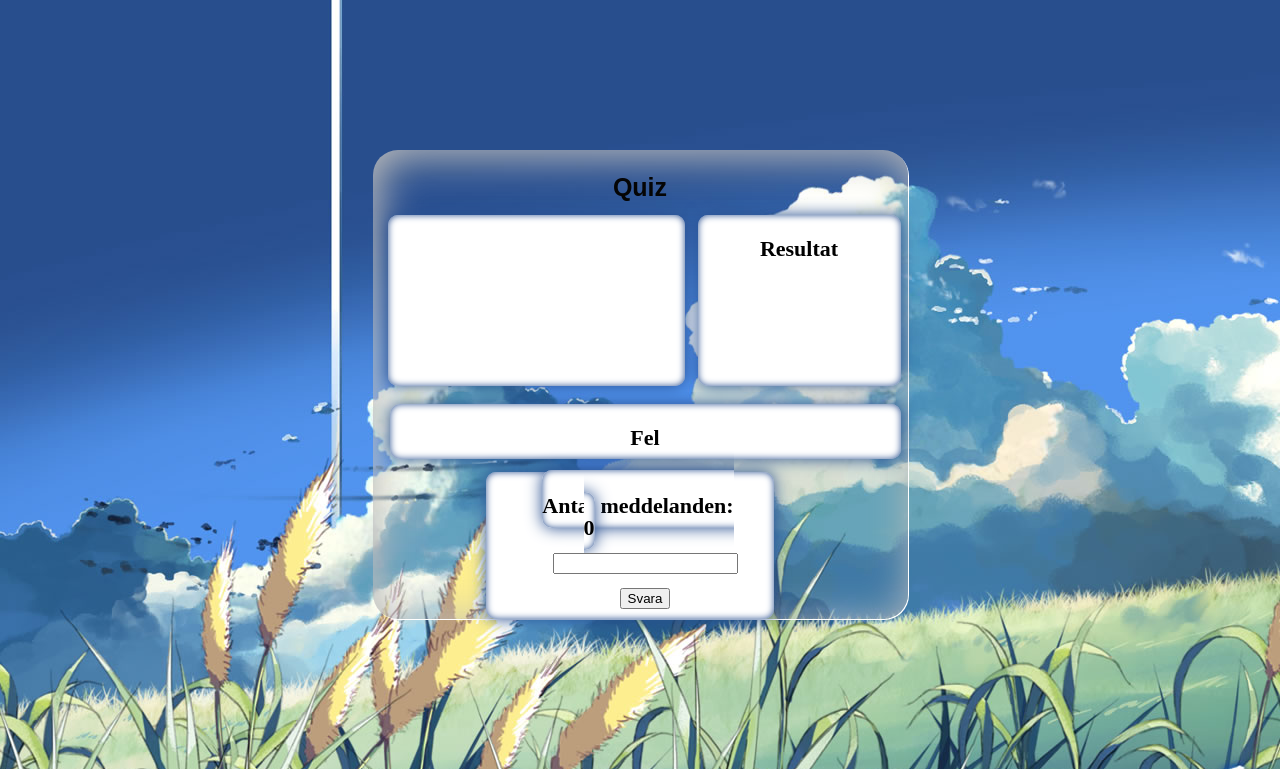
Repository: Marco30/1dv403-laborationer
Page: 4-thequiz/index.html
The author's editor kept a record of every edit. The page is drawn from the files as they stood at one moment, then again after the next edit.
The browser window is 1280 px wide. The pictures show the whole page.
The page's requests for data from a server got no answer.

Above is the page before.

After the next edit:
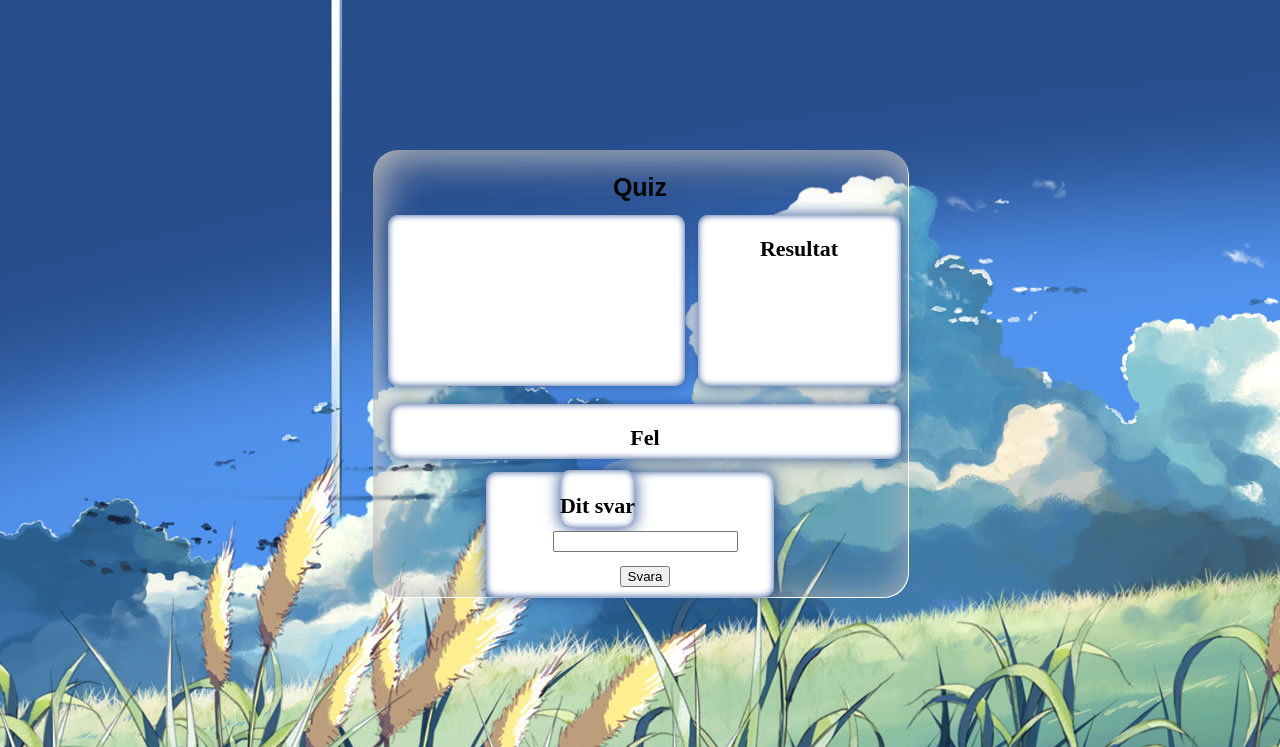
The edit:
--- a/4-thequiz/index.html
+++ b/4-thequiz/index.html
@@ -42,7 +42,7 @@
                     <div id="textruta">
 
                     <p>
-                        <label id="antal">Antal meddelanden: 0</label><!--Visar antal meddelanden som finns på sidan -->
+                        <label id="antal">Dit svar</label><!--Visar antal meddelanden som finns på sidan -->
                     </p>
 
                     <p>
